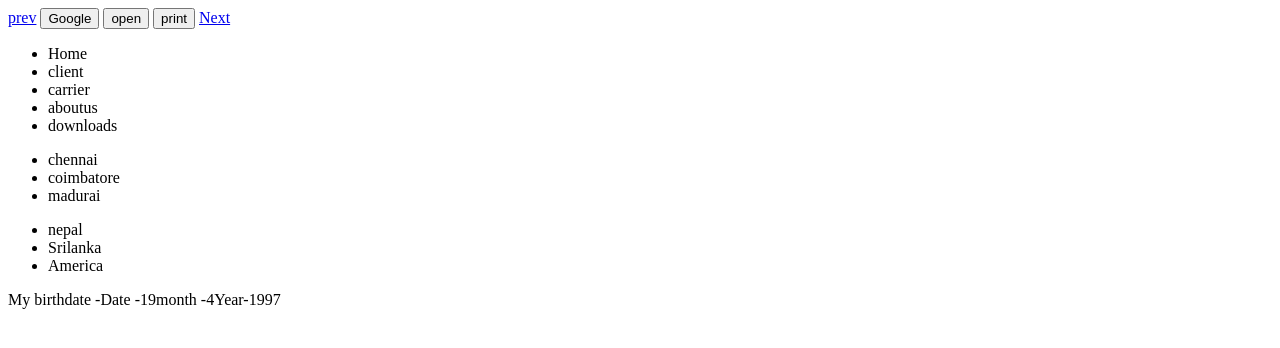
Repository: Balamurugan1914/crud_operation_without_db
Page: http://localhost/Java_Script_Example/usingobject.html
The author's editor kept a copy of each file at every save. The page is drawn from the files as they stood at one save, then again after the next save.
The browser window is 1280 px wide. The pictures show the whole page.
The page is served by Tomcat 9. Other server files are loaded and not shown.

Above is the page before, as saved 2022-06-28 10:29:31.

### Java_Script_Example/src/main/webapp/usingobject.html
<!DOCTYPE html>
<html>
<head>
<meta charset="UTF-8">
<title>Insert title here</title>
<script type="text/javascript">

function back() {

	history.back();

}


</script>
</head>
<body>
<a href="#" onclick="back()">prev</a>
<button id="googlebtn">Google</button>
<button id="openbtn">open</button>
<button id="printbtn">print</button>

<a href="welcome.html">Next</a>
<script type="text/javascript" src="Script/js_object.js"></script>

</body>
</html>

### Java_Script_Example/src/main/webapp/Script/js_object.js
/**
 *
 */


//document object
//date object
//history object
//String object
//window object


function usingWindowObj(){

	window.location = "http://www.google.com"




}


function windowObjOpen(){

	window.open('index.html','indexpage')

}

function invoke(){


	var goToGoogleButton = document.getElementById("googlebtn");

	goToGoogleButton.addEventListener('click', usingWindowObj);

	var openwindowopen = document.getElementById("openbtn");

	openwindowopen.addEventListener('click' , windowObjOpen);

	var printButton = document.getElementById("printbtn");

	printButton.addEventListener('click' , function(){

		window.print();

	});

}


function usingArrays(){

	var linkText = ['Home','client','carrier','aboutus','downloads'];

	writeToFile(linkText);

	//Array using constructor

	var city = new Array('chennai','coimbatore','madurai');
	writeToFile(city);

	//Array using arg constructor

	var countries = new Array();

	countries[0] ='nepal';
	countries[1] ='Srilanka';
	countries[2] ='America';

	writeToFile(countries);

}


function usingDate(){

	var birthDate = new Date();

	birthDate.setFullYear(1997,4,19);

	document.write("My birthdate -" )
	document.write("Date -" +birthDate.getDate())
	document.write("month -" +birthDate.getMonth())
	document.write("Year-" +birthDate.getFullYear())

}

function writeToFile(items){

	document.write("<ul>");

	for(indpos in items){

		document.write("<li>"+items[indpos]+"</li>");

	}

	document.write("</ul>");

}




(function(){


	invoke();
	usingArrays();
	usingDate();

})()

After the next save:
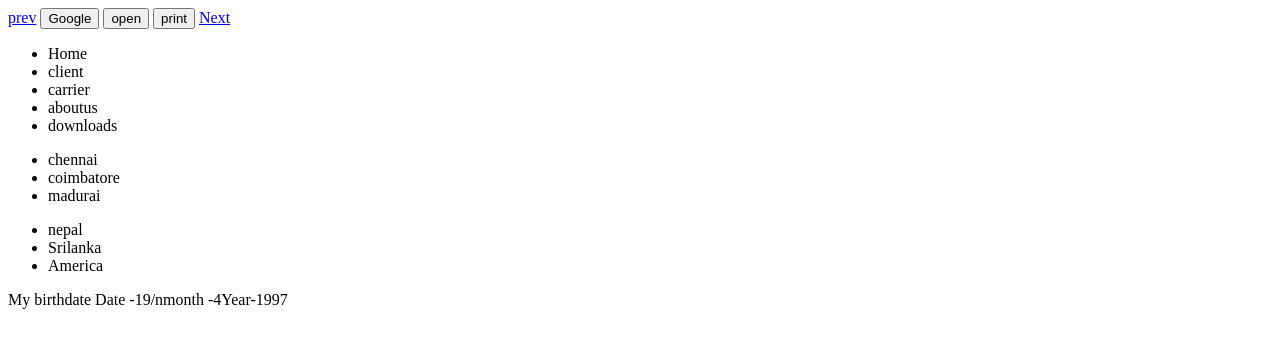
Saved 72 s later.
--- a/Java_Script_Example/src/main/webapp/Script/js_object.js
+++ b/Java_Script_Example/src/main/webapp/Script/js_object.js
@@ -78,8 +78,8 @@ function usingDate(){
 
 	birthDate.setFullYear(1997,4,19);
 
-	document.write("My birthdate -" )
-	document.write("Date -" +birthDate.getDate())
+	document.write("My birthdate "  )
+	document.write("Date -" +birthDate.getDate()+"/n")
 	document.write("month -" +birthDate.getMonth())
 	document.write("Year-" +birthDate.getFullYear())
 
